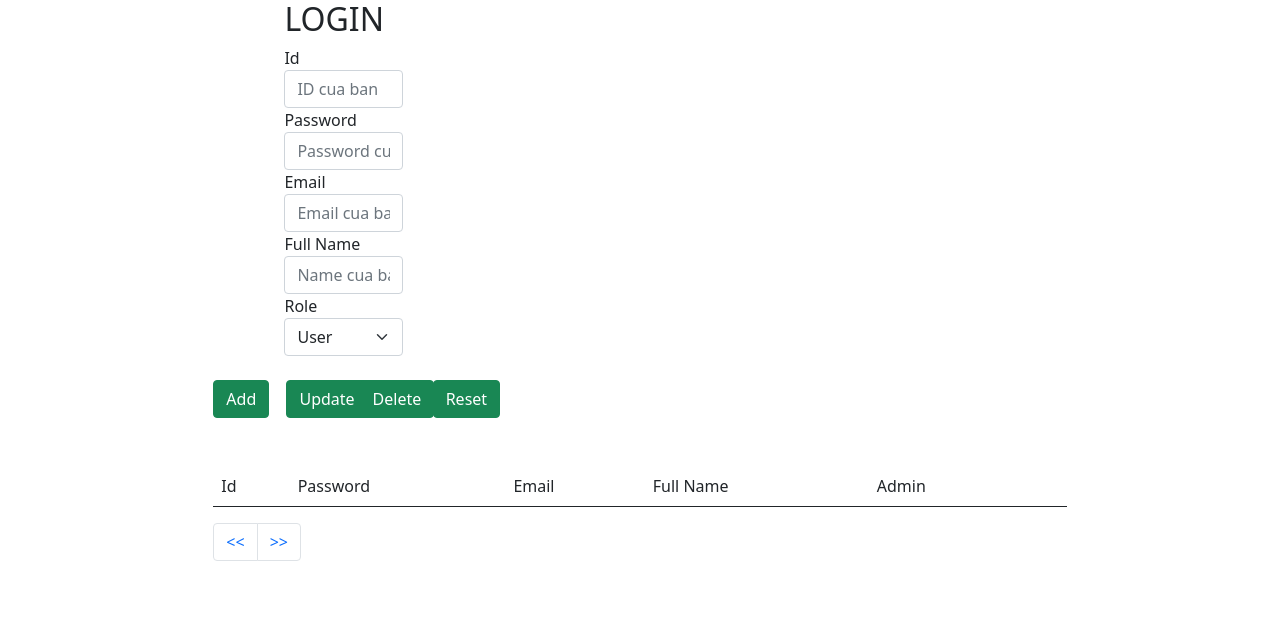
Repository: kiennd3921/AssJava4
Page: http://localhost/Assignment/view/auth/index.jsp
The author's editor kept a copy of each file at every save. The page is drawn from the files as they stood at one save, then again after the next save.
The browser window is 1280 px wide. The pictures show the whole page.
The page is served by Tomcat 9. Other server files are loaded and not shown. The template is opened directly, without the code that normally fills it, so the values that code supplies are empty.

Above is the page before, as saved 2021-04-17 17:40:52.

### PT15307-UD/Assignment/WebContent/view/auth/index.jsp
<%@ page language="java" contentType="text/html; charset=UTF-8"
	pageEncoding="UTF-8"%>
<!DOCTYPE html>
<html>
<head>
<meta charset="UTF-8">
<title>QL Users</title>
<%@ taglib uri="http://java.sun.com/jstl/core_rt" prefix="c"%>
<link
	href="https://cdn.jsdelivr.net/npm/bootstrap@5.0.0-beta2/dist/css/bootstrap.min.css"
	rel="stylesheet"
	integrity="sha384-BmbxuPwQa2lc/FVzBcNJ7UAyJxM6wuqIj61tLrc4wSX0szH/Ev+nYRRuWlolflfl"
	crossorigin="anonymous">
</head>
<body>
	<div class="col-8 offset-2">
		<div class="row col-md-4">
			<form action="${user}" method="post" class="col-6 offset-3">
				<h2>LOGIN</h2>
				<div class="form-group">
					<label>Id</label> <input type="text" name="id" value="${user.id}" class="form-control"
						placeholder="ID cua ban" required name="">
				</div>
				<div class="form-group">
					<label>Password</label> <input type="password" name="password" value="${user.password}" class="form-control"
						placeholder="Password cua ban" required name="">
				</div>
				<div class="form-group">
					<label>Email</label> <input type="email" name="email" value="${user.email}" class="form-control"
						placeholder="Email cua ban" required name="">
				</div>

				<div class="form-group">
					<label>Full Name</label> <input type="text" name="fullname" value="${user.fullname}" class="form-control"
						placeholder="Name cua ban" required name="">
				</div>
				<div>
					<label>Role</label> <select class="form-select" id="role"
						name="role">
						<option ${ user.role == 1 ? "selected" : "" } value="1">User</option>
						<option ${ user.role == 0 ? "selected" : "" } value="2">Admin</option>
					</select>
				</div>
			</form>
		</div>


		<div class="mt-4 row">
			<div class="col-md-1">
				<button class="btn btn-success">Add</button>
			</div>
			<div class="col-md-1">
				<button class="btn btn-success">Update</button>
			</div>
			<div class="col-md-1">
				<button class="btn btn-success">Delete</button>
			</div>
			<div class="col-md-1">
				<button class="btn btn-success">Reset</button>
			</div>

		</div>
		<div class="mt-5 table-responsive">
			<table class="table table-striped">
				<thead>
					<tr>
						<td>Id</td>
						<td>Password</td>
						<td>Email</td>
						<td>Full Name</td>
						<td>Admin</td>
						<td></td>
					</tr>
				</thead>
				<tbody>
					<c:forEach var="user" items="${ listUser }">
						<tr>
							<td>${ user.id }</td>
							<td>${ user.password }</td>
							<td>${ user.email }</td>
							<td>${ user.fullname }</td>
							<td>${ user.admin }</td>
							<td><a href="${user }/edit?id=${ user.id }"
								class="btn btn-primary">Edit</a></td>
						</tr>
					</c:forEach>
				</tbody>
			</table>

			<ul class="pagination">
				<li class="page-item"><a class="page-link"
					href="/PT15307-UD/users?page=${ page - 1 }"> << </a></li>
				<li class="page-item"><a class="page-link"
					href="/PT15307-UD/users?page=${ page + 1 }"> >> </a></li>
			</ul>
		</div>
	</div>
</body>
</html>

After the next save:
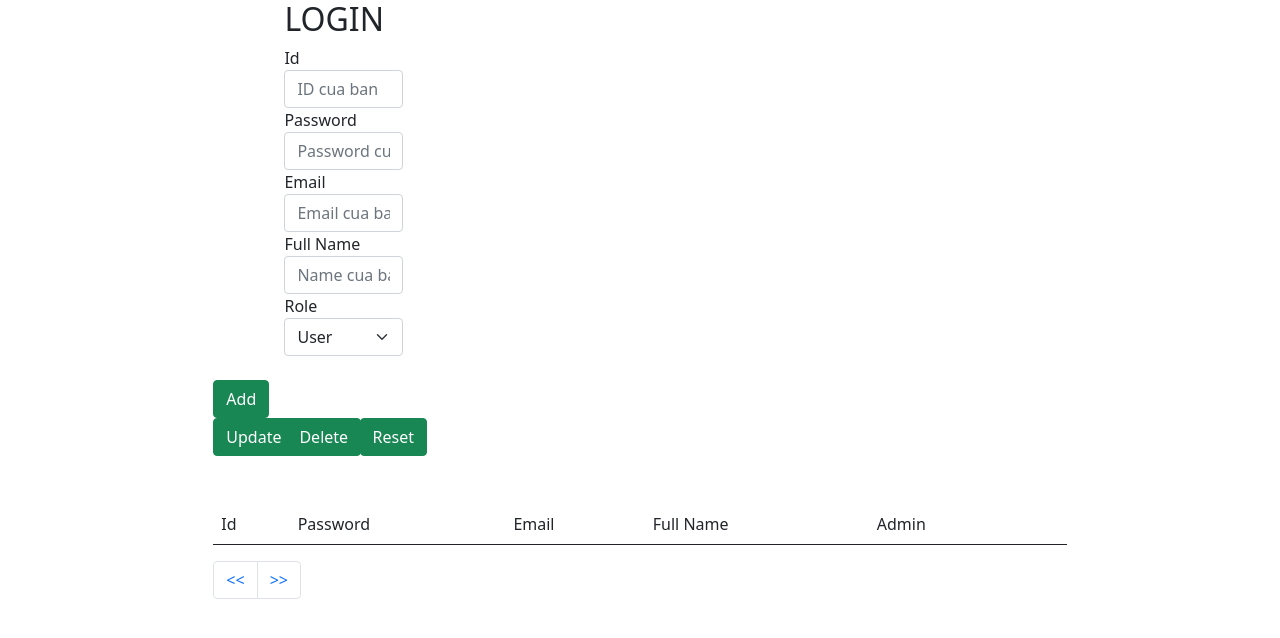
Saved 2 min 12 s later.
--- a/PT15307-UD/Assignment/WebContent/view/auth/index.jsp
+++ b/PT15307-UD/Assignment/WebContent/view/auth/index.jsp
@@ -46,7 +46,7 @@
 
 
 		<div class="mt-4 row">
-			<div class="col-md-1">
+			<div class="col-mt-2">
 				<button class="btn btn-success">Add</button>
 			</div>
 			<div class="col-md-1">
